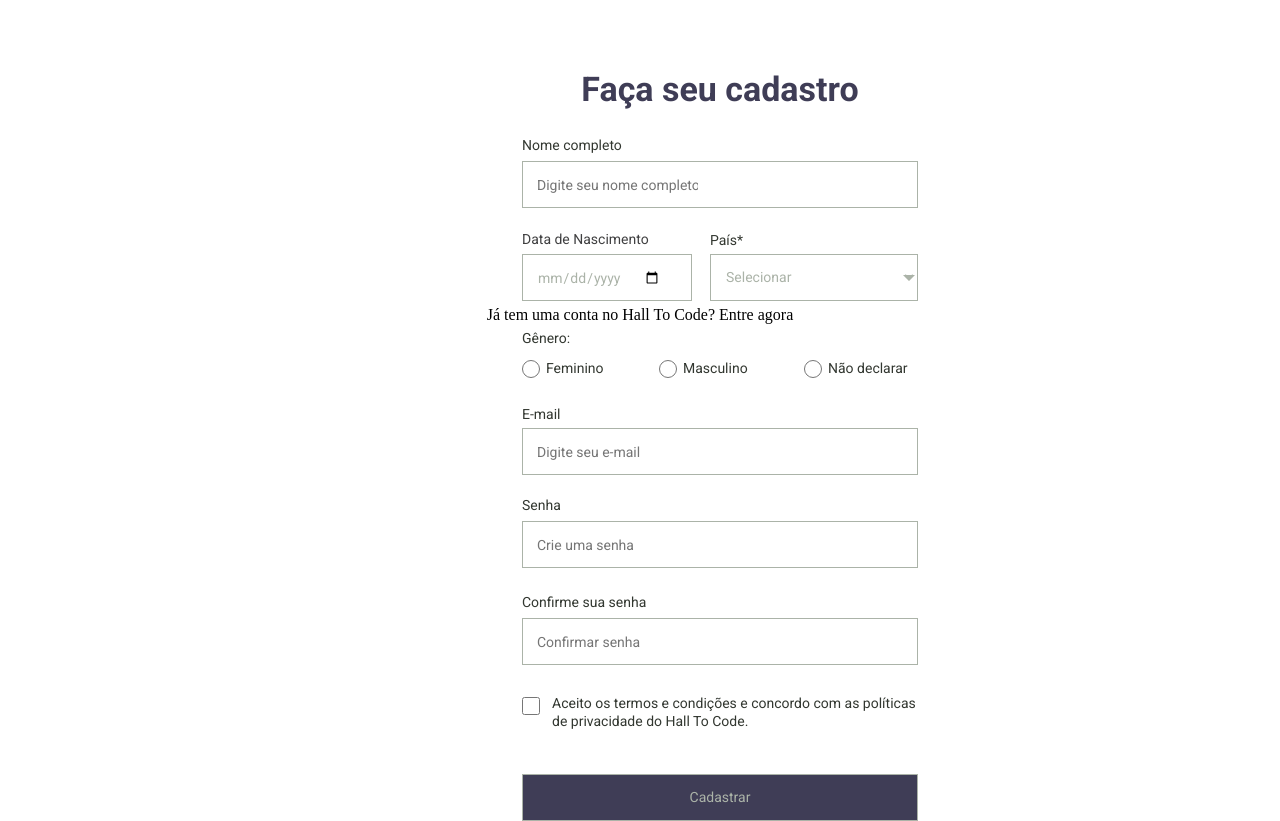
Repository: RenatoCCS/formularios
Page: cadastro.html
These files come from the project's save history. The page is drawn as it stood at one moment and after the next save; the edit follows.
The browser window is 1280 px wide. The pictures show the whole page.

Above is the page before, as saved 2023-03-25 15:52:39.

After the next save:
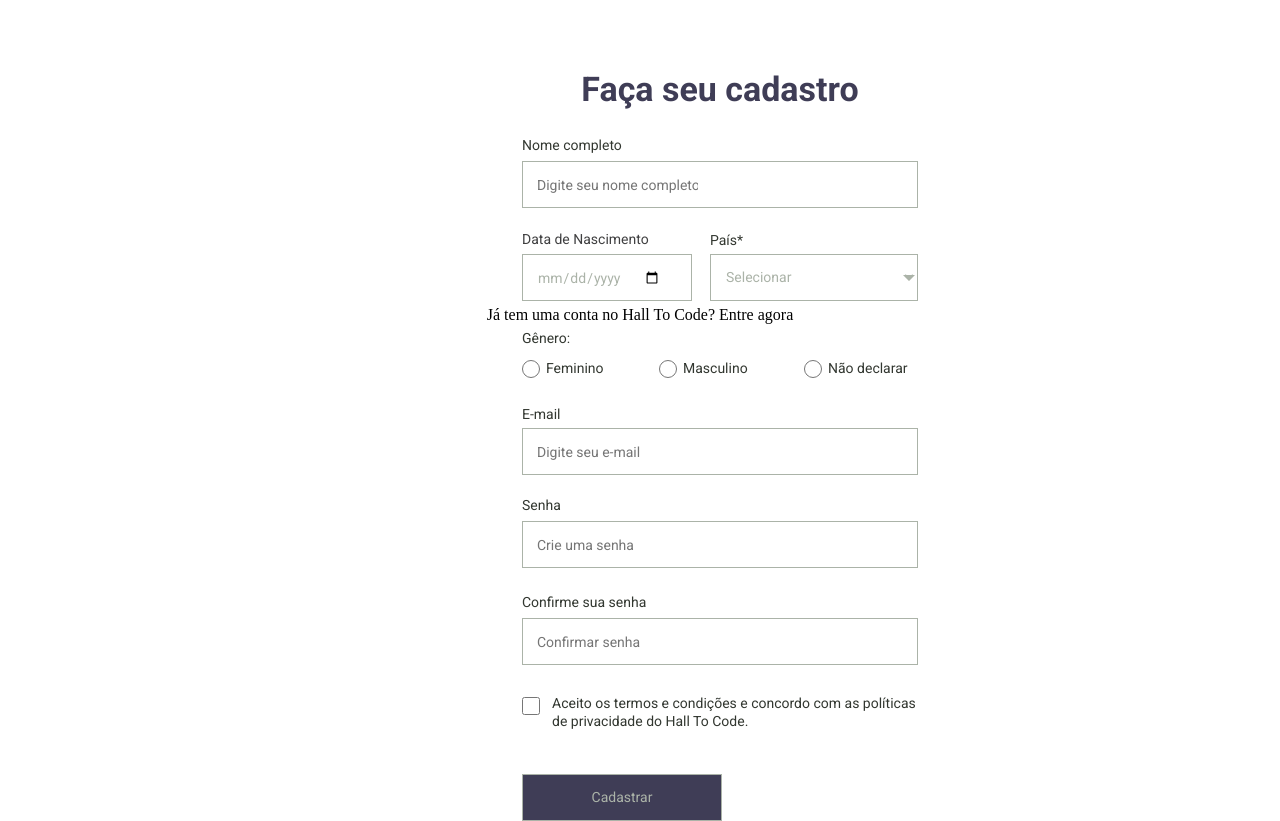
Saved 72 s later.
--- a/style.css
+++ b/style.css
@@ -522,7 +522,7 @@
   box-sizing: border-box;
   border: 1px solid;
   position: absolute;
-  width: 396px;
+  width: 200px;
   height: 47px;
   top: 22px;
   left: 0%;

After the save that followed:
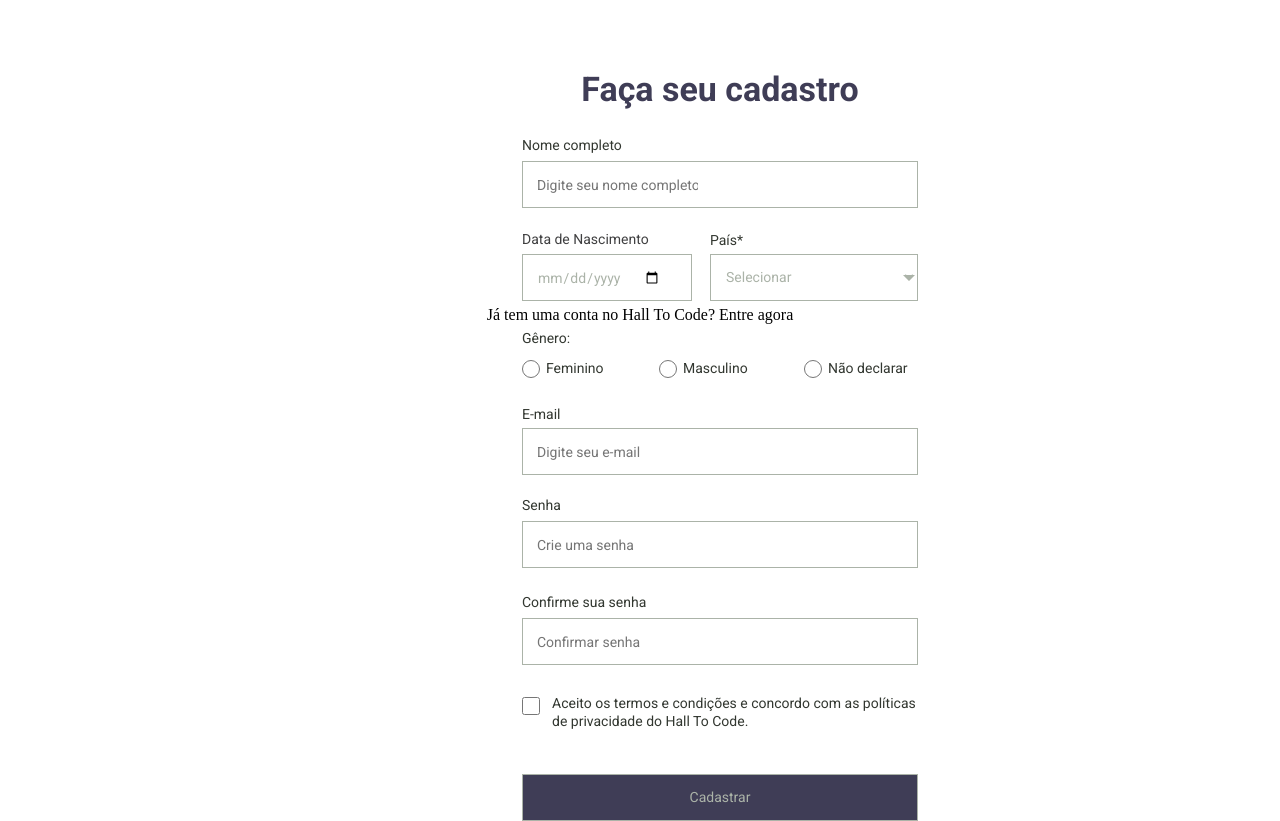
Saved 9 s later.
--- a/style.css
+++ b/style.css
@@ -522,9 +522,9 @@
   box-sizing: border-box;
   border: 1px solid;
   position: absolute;
-  width: 200px;
-  height: 47px;
-  top: 22px;
+  width: 396px;
+  height: 47px;
+  top: 50px;
   left: 0%;
   right: 0%;
   top: 31.88%;
